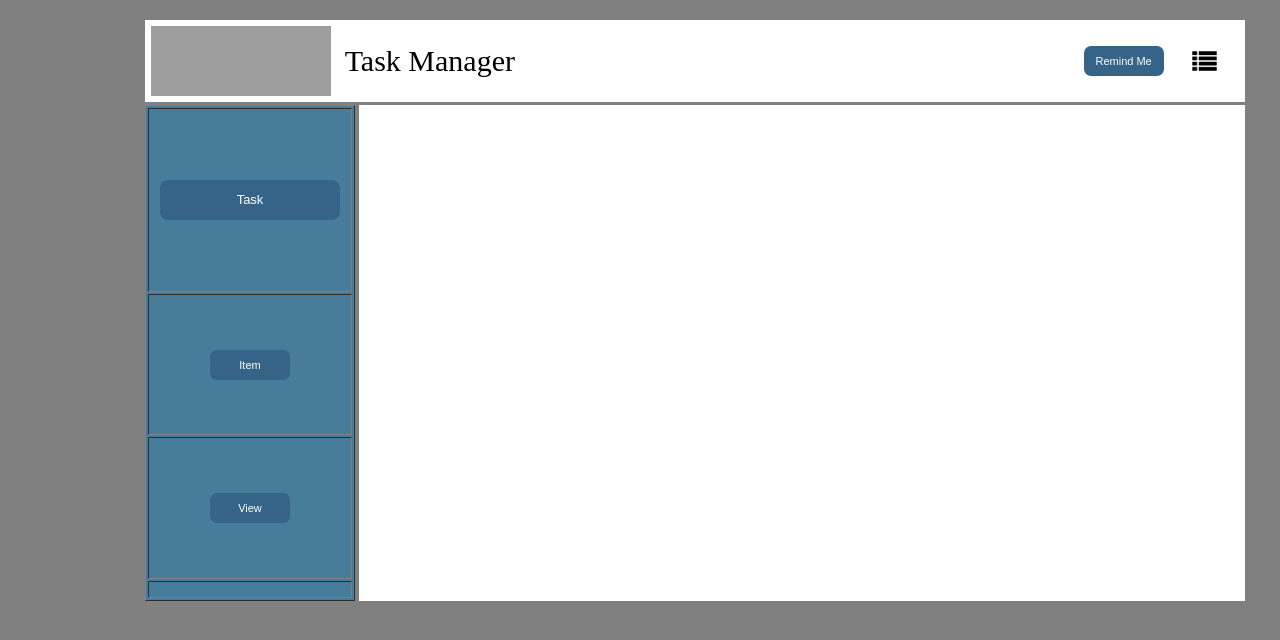
Repository: SnehaSalvi/TaskManagerProject
Page: http://localhost/TaskManagerChecklist/Home.jsp
The author's editor kept a copy of each file at every save. The page is drawn from the files as they stood at one save, then again after the next save.
The browser window is 1280 px wide. The pictures show the whole page.
Pictures or frames that could not be fetched are drawn as grey boxes. The page is served by Tomcat 9. Other server files are loaded and not shown.

Above is the page before, as saved 2016-10-13 11:21:54.

### TaskManagerChecklist/WebContent/Home.jsp
<%@ page language="java" contentType="text/html; charset=ISO-8859-1" pageEncoding="ISO-8859-1"%>
<!DOCTYPE html PUBLIC "-//W3C//DTD HTML 4.01 Transitional//EN" "http://www.w3.org/TR/html4/loose.dtd">
<html>
<head>
<meta http-equiv="Content-Type" content="text/html; charset=ISO-8859-1">
<title>Insert title here</title>
<link href="home.css" type="text/css" rel="stylesheet"/>
</head>
<body>
<form>
<table id="table1">
<tr>
<td id="td1">
<img id="banner" src="images/banner.jpg"/>
</td>
<td id="td_blank">
</td>
<td id="td2">
Task Manager
</td>

<td id="td3" align="center">
<input type="button" name="remind" id="button1" value="Remind Me"/>
</td>
<td id="td4" align="center">
<img id="list" src="images/list.png"/>
</td>
</tr>
</table>
<table></table>
<table>
<tr>
<td>
<table id="table2" border="1">
<tr>
<td id="#td5" align="center">
<input type="button" name="task" id="button2" value="Task"/>
</td>
</tr>
<tr>
<td align="center">
<input type="button" name="item" id="button1" value="Item"/>
</td>
</tr>
<tr>
<td align="center">
<input type="button" name="view" id="button1" value="View"/>
</td>
</tr>
<tr>
<td rowspan="7" align="center">
</td>
</tr>
</table>
</td>
<td>
<table id="table3">
<tr>
<td id="#td6">
</td>
</tr>
</table>
</td>
</tr>
</table>
</form>
<!--<form action="Hello">
Name:<input type="text" name="user"/>
<input type="submit" value="go"/>
</form>-->
</body>
</html>

### TaskManagerChecklist/WebContent/home.css
body
{
	background-position: center;
	background-color:gray;
	margin-left: 140px;
	margin-top: 20px;
	margin-right: 120px;
	margin-bottom: 20px;
	background-repeat: no-repeat;
}
#table1
{
	margin-left:5px;
	background-color:white;
	background-position: center;
	height: 76px;
	width:1100px;

}
#table2
{
	margin-left:2px;
	background-color:#477d9a;
	background-position: center;
	height: 496px;
	width:210px;


}
#table3
{
	background-color:white;
	background-position: center;
	height: 496px;
	width:886px;

}
#table4
{

	background-position: center;
	height: 497px;
	width:1100px;
}
#table5
{
	width:200px;
}
img
{
	border-style:double;
	border-color: white;
}
tr
{

}
#div1
{
	width: 600px;
	height: 400px;
}
#td1
{
	width:185px;
	height:75px;
	background-color:
}
#td2
{
	width:735px;
	height:75px;
	font-family: serif;
	font-size: 30px;
	font-style: inherit;

}
#td3
{
	width:80px;
	height:75px;
}
#td4
{
	width:30x;
	height:75px;
}
#td_blank
{
	width:100x;
	height:75px;
}

#td6
{
	width:1050x;
	height:495px;


}
#banner
{

	width: 180px;
	height: 70px;
}
#list
{

	width: 25px;
	height: 20px;
}
#button1
{
    height: 30px;
    width: 80px;
    border-radius: 7px;
    border: 1px solid #000;
    font-family: sans-serif;
    background-color:#366489;
    color:white;
    font-size: 11px;
    border: 0;
}
#button2
{
    height: 40px;
    width: 180px;
    border-radius: 8px;
    border: 1px solid #000;
    font-family:sans-serif;
    font-size: 13px;
   background-color:#366489;
   color:white;
    border: 0;
}
#div3
{
	width: 510px;
	height: 350px;
}

After the next save:
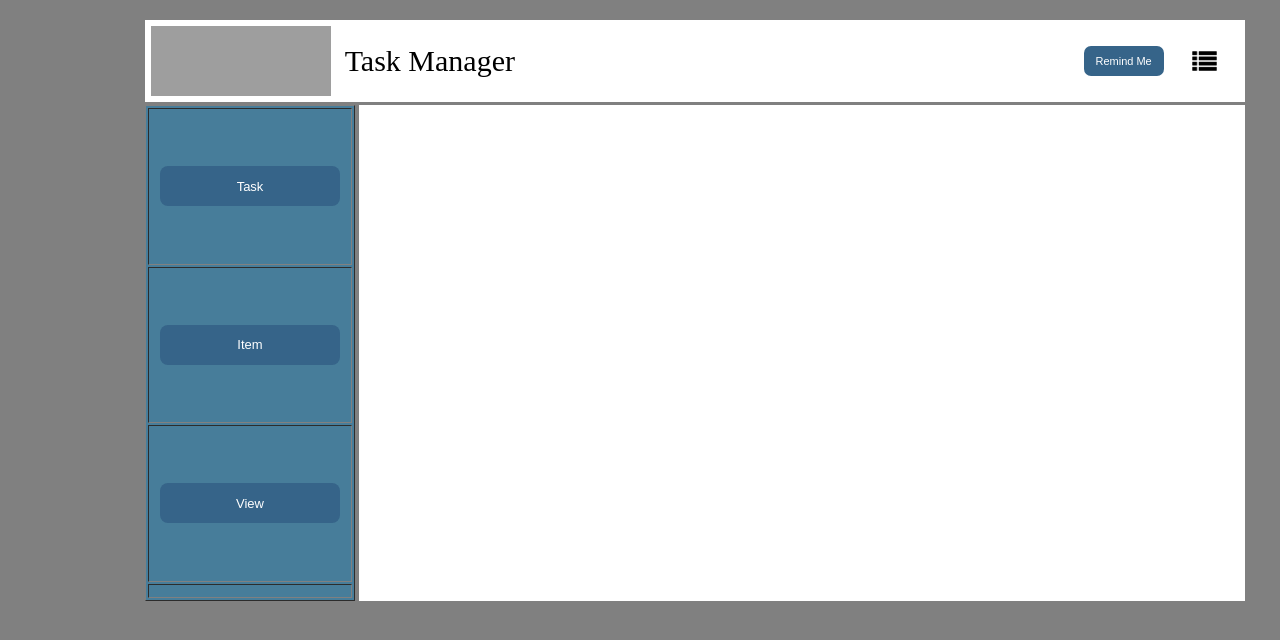
Saved 23 s later.
--- a/TaskManagerChecklist/WebContent/Home.jsp
+++ b/TaskManagerChecklist/WebContent/Home.jsp
@@ -39,12 +39,12 @@ Task Manager
 </tr>
 <tr>
 <td align="center">
-<input type="button" name="item" id="button1" value="Item"/>
+<input type="button" name="item" id="button2" value="Item"/>
 </td>
 </tr>
 <tr>
 <td align="center">
-<input type="button" name="view" id="button1" value="View"/>
+<input type="button" name="view" id="button2" value="View"/>
 </td>
 </tr>
 <tr>
